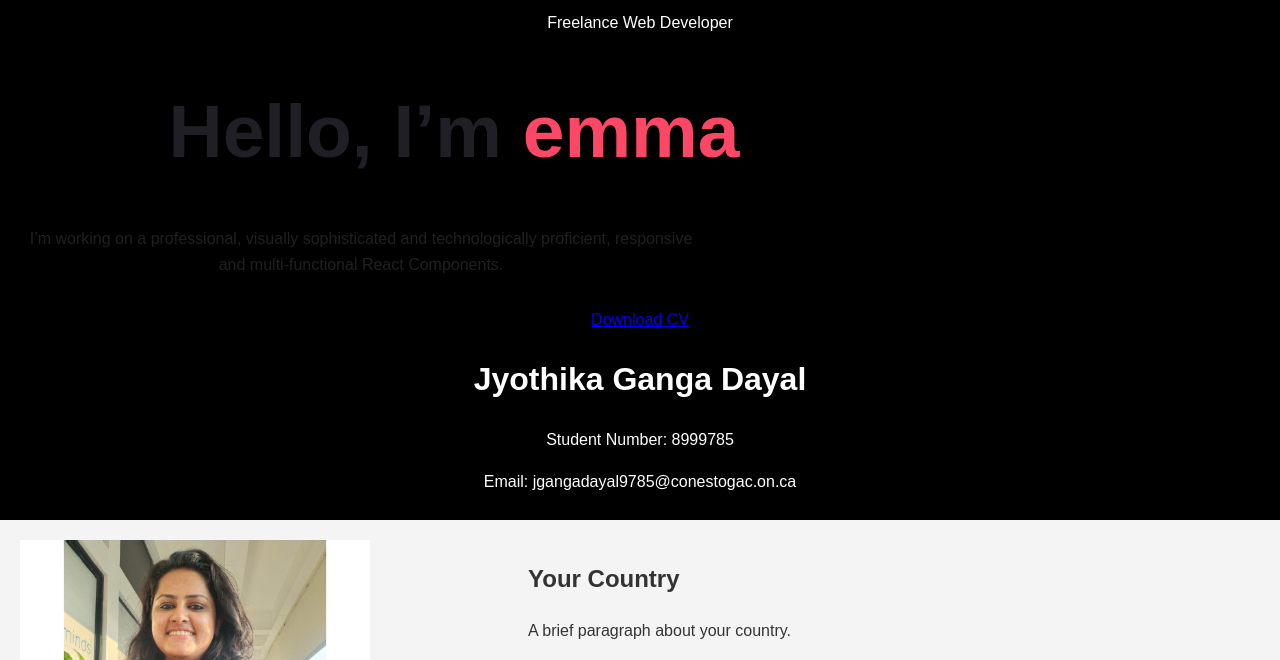
Repository: jyothika123/portfolio
Page: index.html
The author's editor kept a copy of each file at every save. The page is drawn from the files as they stood at one save, then again after the next save.
The browser window is 1280 px wide. The pictures show the part of the page from y = 0 to 660 px (the page is 1326 px tall before and 1416 px after).
Pictures or frames that could not be fetched are drawn as grey boxes.

Above is the page before, as saved 2024-09-22 15:18:49.

After the next save:
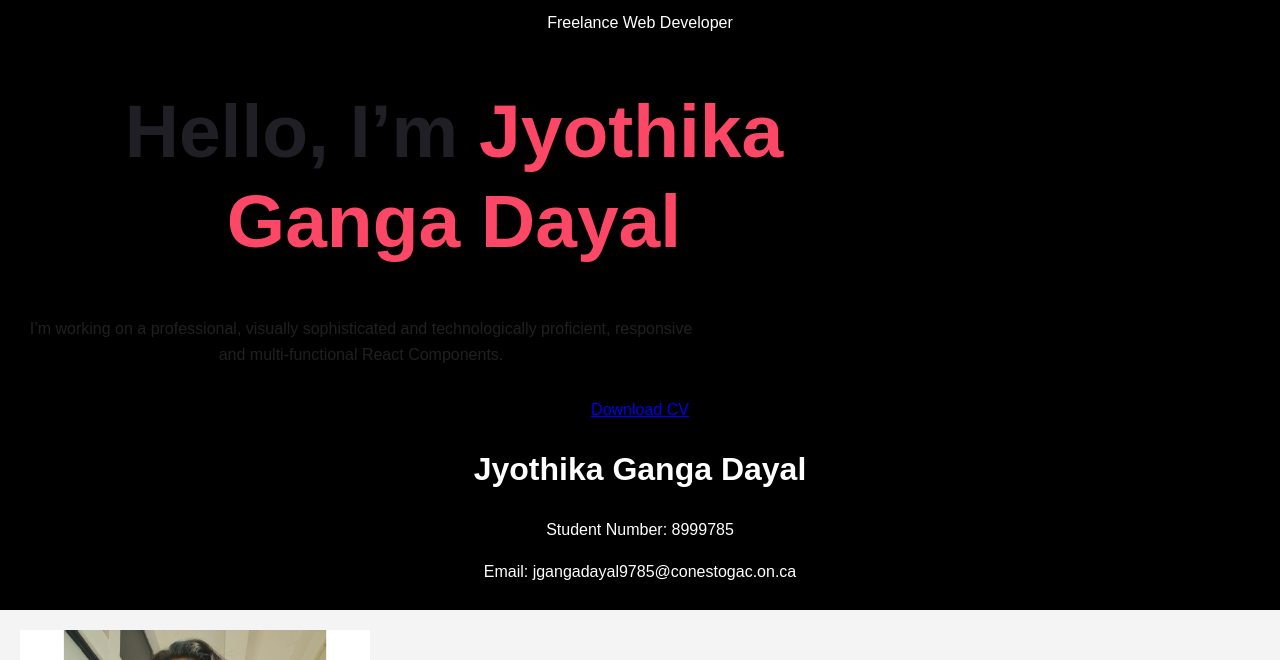
Saved 50 s later.
--- a/index.html
+++ b/index.html
@@ -10,7 +10,7 @@
     <header>
         <div class="content">
             <span class="title">Freelance Web Developer</span>
-            <h1>Hello, I’m <span>emma</span></h1>
+            <h1>Hello, I’m <span>Jyothika Ganga Dayal</span></h1>
             <p>
               I’m working on a professional, visually sophisticated and
               technologically proficient, responsive and multi-functional React
